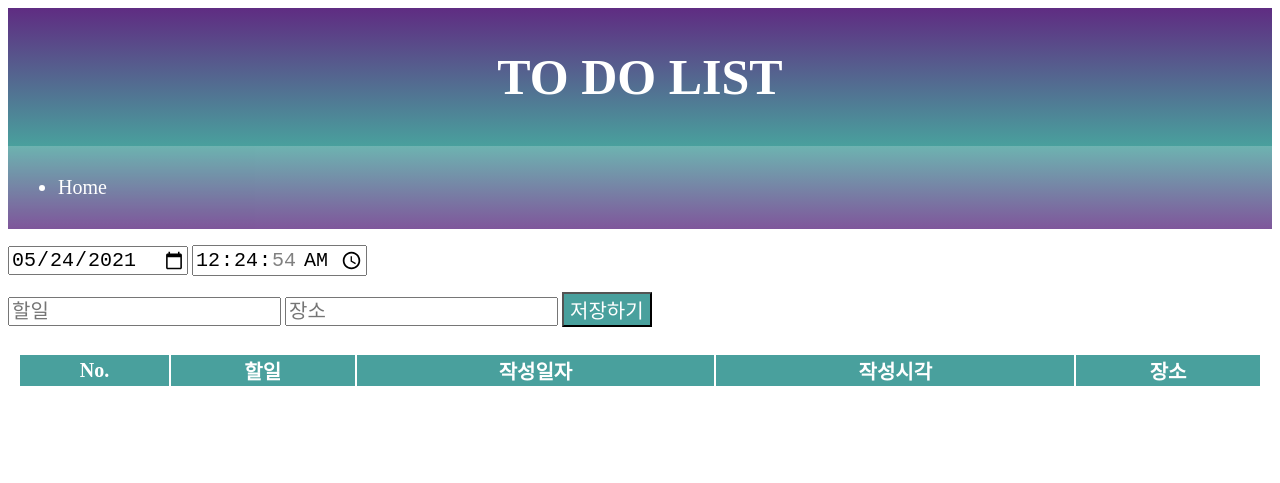
Repository: kimyoungjin98/Exam_Project
Page: http://localhost/Server_PR_TodoList/
The author's editor kept a copy of each file at every save. The page is drawn from the files as they stood at one save, then again after the next save.
The browser window is 1280 px wide. The pictures show the whole page.
Some web fonts or font styles are not loaded; a fallback is used. The page is served by Tomcat 9. Queries for data that is not in the repository find no rows.

Above is the page before, as saved 2021-05-25 01:22:41.

After the next save:
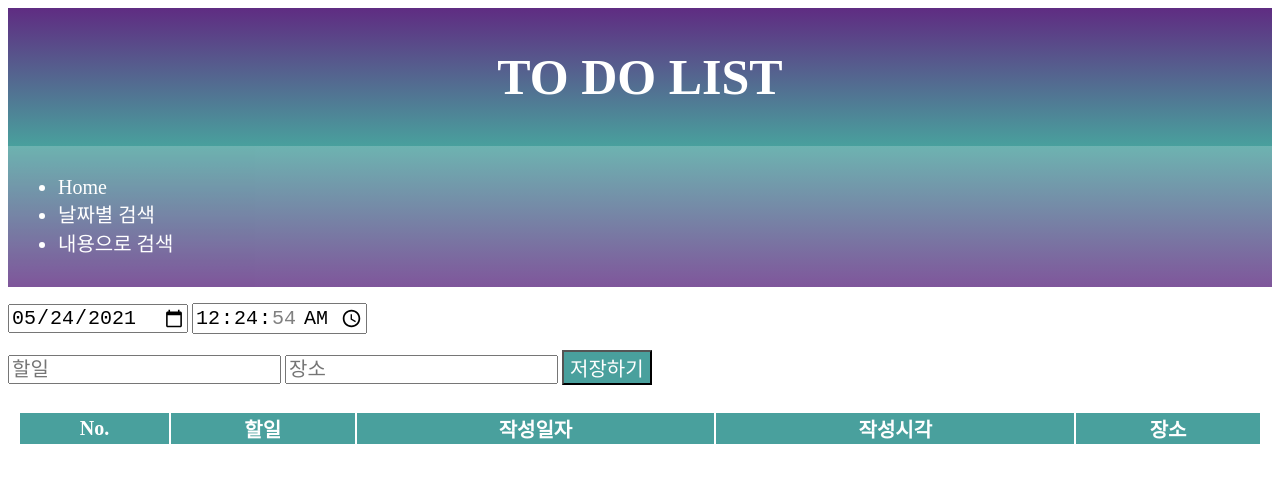
Saved 2 min 58 s later.
--- a/Server_PR_TodoList/src/main/webapp/WEB-INF/views/banner.jsp
+++ b/Server_PR_TodoList/src/main/webapp/WEB-INF/views/banner.jsp
@@ -69,6 +69,9 @@
 	<nav>
 	<ul>
 	<li id="home">Home</li>
+	<li id="dSearch">날짜별 검색</li>
+	<li id="dContent">내용으로 검색</li>
+
 	</ul>
 
 

After the 3 saves that followed:
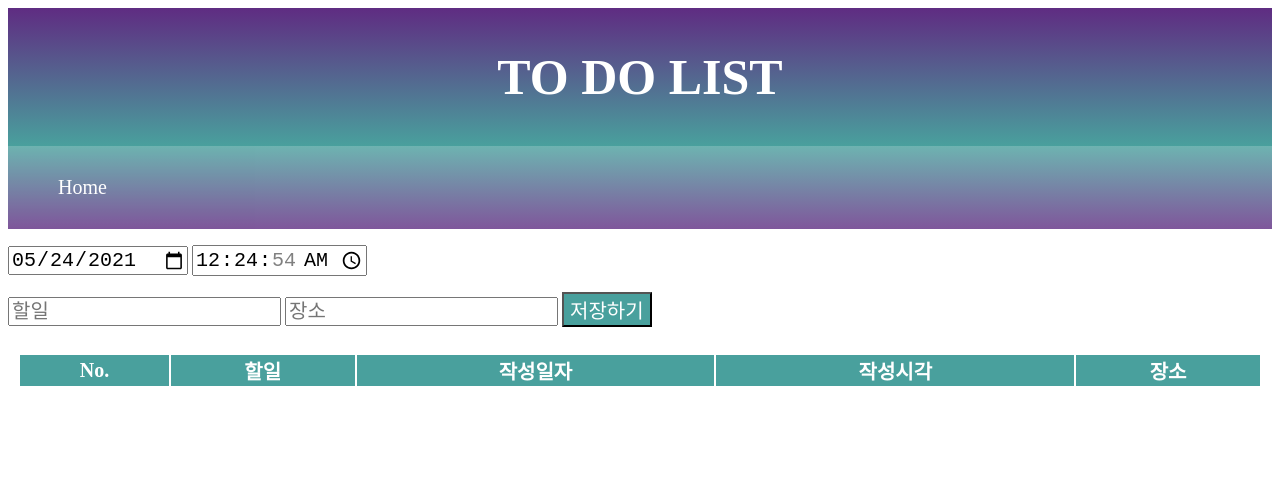
The 3 saves are shown as one change because 2 left the picture as it was.
The last was saved 2 min 38 s later.
--- a/Server_PR_TodoList/src/main/webapp/WEB-INF/views/banner.jsp
+++ b/Server_PR_TodoList/src/main/webapp/WEB-INF/views/banner.jsp
@@ -36,7 +36,7 @@
 		font-family: 'Roboto Slab', serif;
 	}
 
-nav li#home:hover {
+nav li:hover {
 
 	cursor:pointer;
 
@@ -68,9 +68,7 @@
 
 	<nav>
 	<ul>
-	<li id="home">Home</li>
-	<li id="dSearch">날짜별 검색</li>
-	<li id="dContent">내용으로 검색</li>
+	Home
 
 	</ul>
 
